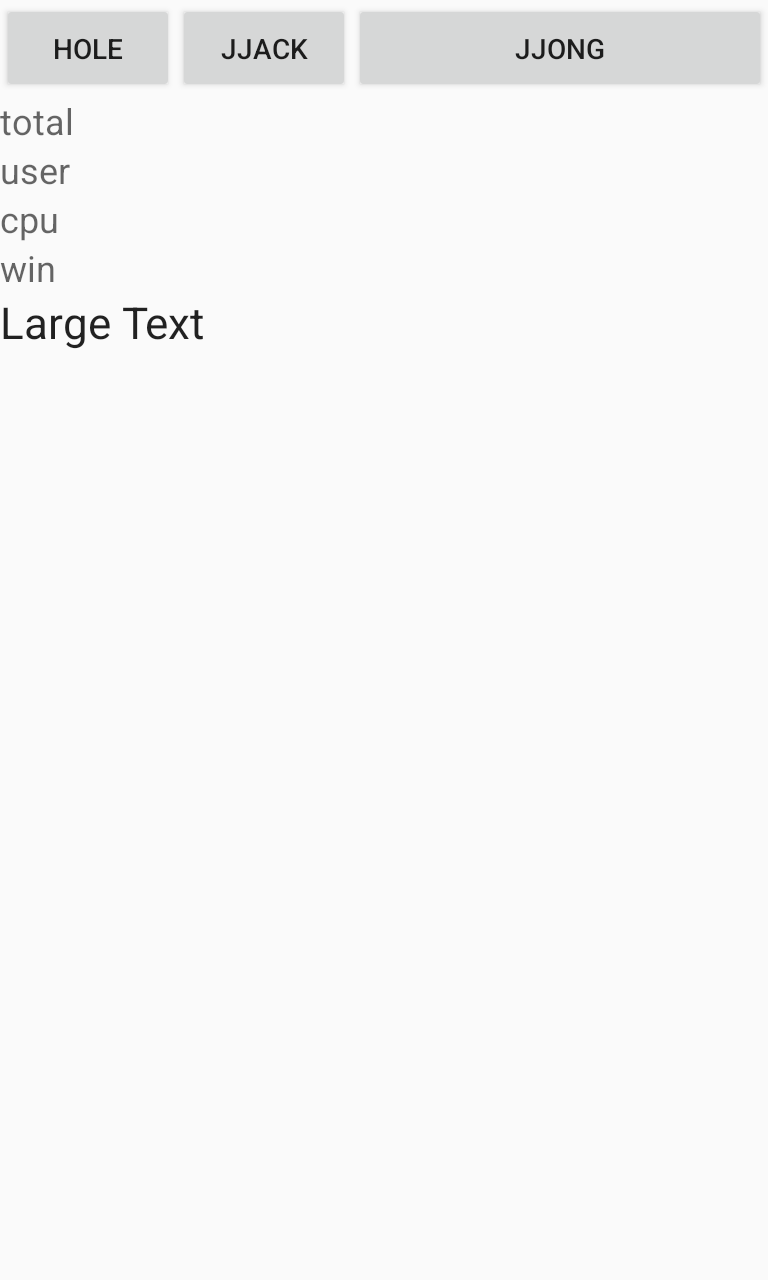
Repository: kol0372/woo
Layout: andworkspace/and1008/res/layout/exam2.xml
These files come from the project's save history. The layout is drawn as it stood at one moment and after the next save; the edit follows.
It is drawn on a 768 x 1280 px phone screen (xhdpi) without system bars, with theme AppTheme; the app's code is not run.

Above is the layout before, as saved 2014-10-08 06:09:04.

After the next save:
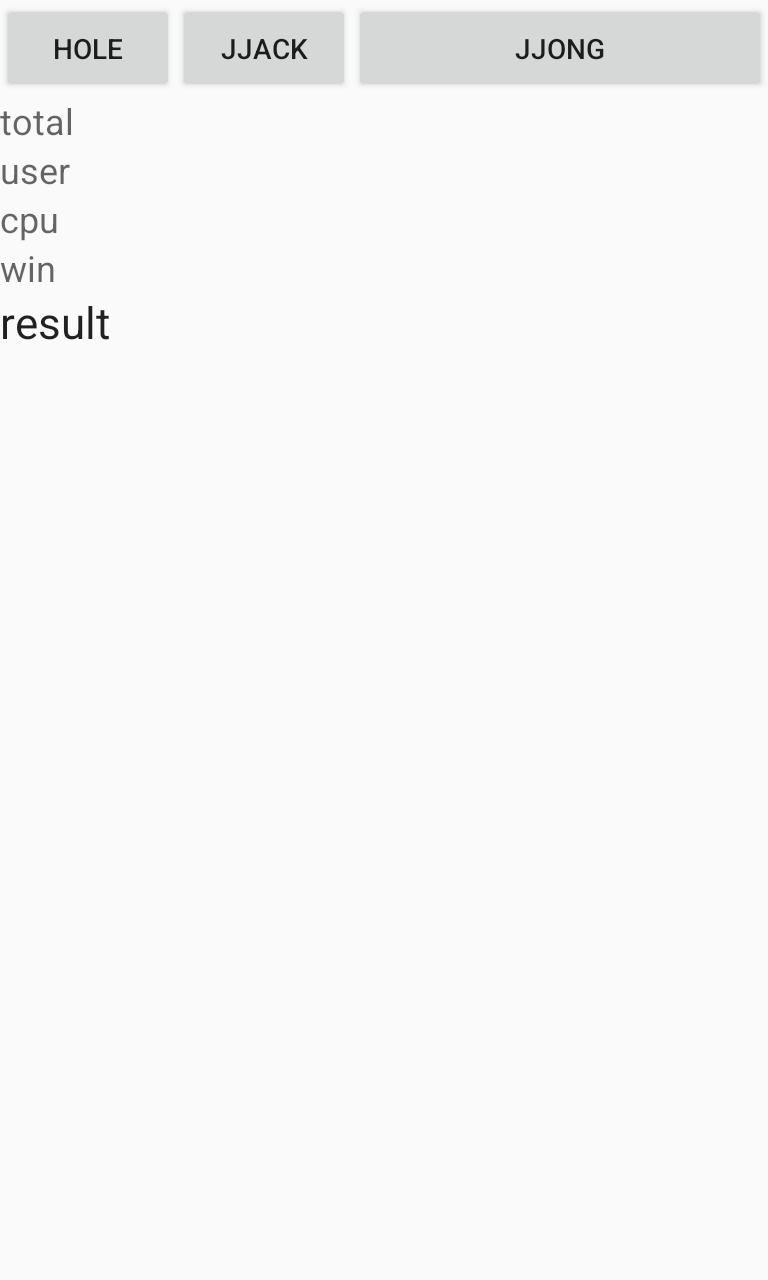
Saved 7 min 16 s later.
--- a/andworkspace/and1008/res/layout/exam2.xml
+++ b/andworkspace/and1008/res/layout/exam2.xml
@@ -82,8 +82,14 @@
             android:id="@+id/result"
             android:layout_width="wrap_content"
             android:layout_height="wrap_content"
-            android:text="Large Text"
+            android:text="result"
             android:textAppearance="?android:attr/textAppearanceLarge" />
+
+        <LinearLayout
+            android:layout_width="match_parent"
+            android:layout_height="wrap_content"
+            android:orientation="vertical" >
+        </LinearLayout>
 
     </LinearLayout>
 
